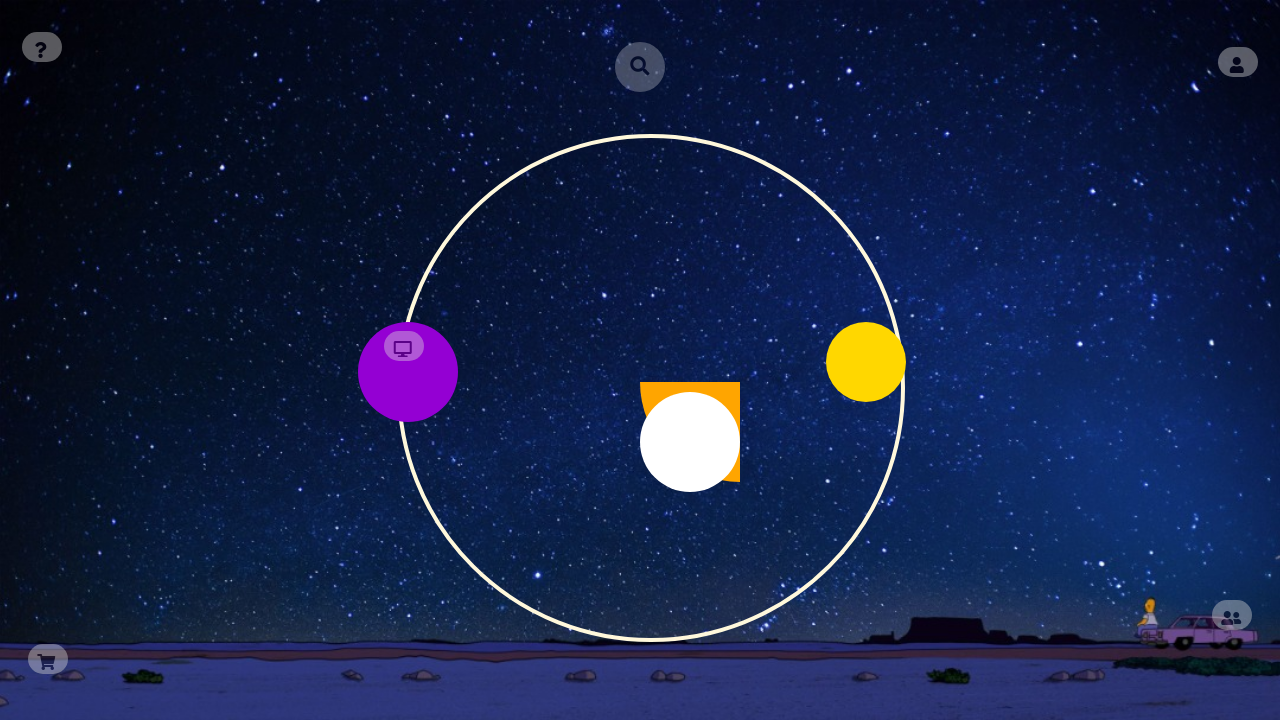
Repository: NFEL/Jupiter_shop
Page: Webpages/lnading page/landing.html
The author's editor kept a copy of each file at every save. The page is drawn from the files as they stood at one save, then again after the next save.
The browser window is 1280 px wide. The pictures show the whole page.
Some web libraries are served in a nearby version.

Above is the page before, as saved 2020-11-27 03:41:31.

### Webpages/lnading page/landing.html

<html lang="en">
<head>
  <link rel="stylesheet" href="https://use.fontawesome.com/releases/v5.3.1/css/all.css" integrity="sha384-mzrmE5qonljUremFsqc01SB46JvROS7bZs3IO2EmfFsd15uHvIt+Y8vEf7N7fWAU" crossorigin="anonymous">
  <link rel="stylesheet" href="https://fonts.googleapis.com/icon?family=Material+Icons">
  <script>var asghar = false;
  function showoverlay()
  {
    if (asghar == false){asghar = true;
      document.getElementById("overlay").style.visibility = "visible";
      }
      else
      { asghar = false;
        document.getElementById("overlay").style.visibility = "hidden";}

  }</script>
</head>
<body>

<link rel="stylesheet" href="landing.css">

<div class="header">

<form action="">
  <input type="search">
  <i class="fa fa-search"></i>

</form>
<span id="overlay" class="squere">hi</span>
<button onclick="showoverlay()" class="btn"><i class="fa fa-user"></i></button>
<button class="btn2"><i class="fa fa-question"></i></button>

</div>

<div class="body">
  <div class="loader">
  </div>
  <span class="dot"></span>
  <span class="dot2"></span>
  <span class="dot3"></span>
  <button class="btn5"><i class="fa fa-desktop"></i></button>

  <div class="main">
    <div class="quarter quarter3"></div>
    <div class="cutout"></div>
  </div>

</div>

<div class="footer">
  <button class="btn3"><i class="fa fa-user-friends"></i></button>
  <button class="btn4"><i class="fa fa-shopping-cart"></i></button>
</div>
</body>
</html>

### Webpages/lnading page/landing.css
body {
    background-image:    url(back.jpeg);
    background-size:     cover;                      /* <------ */
    background-repeat:   no-repeat;
    background-position: center center;              /* optional, center the image */
    overflow: hidden;

    position: absolute;
    display: flex;
    flex-direction: column;
    align-items: right center;
    padding: 0;
    margin: 0;
    height: 100vh;
    width: 100%;
}

form{
    position: relative;
    top: 50%;
    left: 50%;
    transform: translate(-50%,-50%);
    transition: all 1s;
    width: 50px;
    height: 50px;
    background: white;
    box-sizing: border-box;
    border-radius: 25px;
    border: 4px solid white;
    padding: 5px;
    opacity: 0.25;
}
input{
    position: absolute;
    top: 0;
    left: 0;
    width: 100%;;
    height: 42.5px;
    line-height: 30px;
    outline: 0;
    border: 0;
    display: none;
    font-size: 1em;
    border-radius: 20px;
    padding: 0 20px;
}

.fa{
    box-sizing: border-box;
    padding: 10px;
    width: 42.5px;
    height: 42.5px;
    position: absolute;
    top: 0;
    right: 0;
    border-radius: 50%;
    color: #07051a;
    text-align: center;
    font-size: 1.2em;
    transition: all 1s;
}

form:hover{
    width: 200px;
    cursor: pointer;
}

form:hover input{
    display: block;
}

form:hover .fa{
    background: #07051a;
    color: white;
}

.btn {
    position: relative;
    left: 95%;
    bottom: 35%;
    background-color: #ddd;
    border:red;
    padding: 15px 20px;
    text-align: center;
    text-decoration: violet;
    display: flex;
    margin: 10px 2px;
    cursor: pointer;
    border-radius: 80px;
    opacity: 0.4;
  }

  .btn :hover{
    background-color: darkorange;
  }
  .btn2 {
    position: fixed;
    right: 95%;
    bottom: 90%;
    background-color: #ddd;
    border:red;
    padding: 15px 20px;
    text-align: center;
    text-decoration: violet;
    display: flex;
    margin: 10px 2px;
    cursor: pointer;
    border-radius: 50px;
    opacity: 0.4;
  }
  .btn3 {
    position: fixed;
    right: 2%;
    top: 82%;
    background-color: #ddd;
    border:red;
    padding: 15px 20px;
    text-align: center;
    text-decoration: violet;
    display: flex;
    margin: 10px 2px;
    cursor: pointer;
    border-radius: 50px;
    opacity: 0.4;
  }
  .btn4 {
    position: fixed;
    left: 2%;
    top: 88%;
    background-color: #ddd;
    border:red;
    padding: 15px 20px;
    text-align: center;
    text-decoration: violet;
    display: flex;
    margin: 10px 2px;
    cursor: pointer;
    border-radius: 50px;
    opacity: 0.4;
  }
  .loader {
    border-right: 4px solid cornsilk;
    border-left: 4px solid cornsilk;
    border-radius: 50%;
    margin: 0% 31%;
    border-top: 4px solid cornsilk;
    border-bottom: 4px solid cornsilk;
    width: 500px;
    height: 500px;
}
.dot {
    height: 100px;
    width: 100px;
    background-color:darkviolet;
    border-radius: 50%;
    display: inline-block;
    margin: -25% 28%;
  }
  .btn5 {
    position: fixed;
    left: 30%;
    top: 46%;
    background-color: #ddd;
    border:red;
    padding: 15px 20px;
    text-align: center;
    text-decoration: violet;
    display: flex;
    cursor: pointer;
    border-radius: 50px;
    opacity: 0.4;
  }
  .dot2 {
    height: 80px;
    width: 80px;
    background-color:gold;
    border-radius: 50%;
    display: inline-block;
    margin: -25% 64.5%;
  }
  .dot2 {
    height: 80px;
    width: 80px;
    background-color:gold;
    border-radius: 50%;
    display: inline-block;
    margin: -25% 64.5%;
  }

  .squere
  {
      width: 50px;
      height: 50px;
      background-color: grey;
      visibility: hidden;
  }

  .main {
    position: relative;
    width: 200px;
    height: 200px;
    margin: 0 auto;
  }
  .quarter {
    position: absolute;
    width: 50%;
    height: 50%;
    transition: background-color 0.2s ease-in-out;
  }
  .quarter:hover {
    background-color: pink;
  }
  .quarter3 {
    bottom: 180%;
    left: 50%;
    background-color: orange;
    border-radius: 0 0 0 100%;
  }

  .cutout {
    width: 50%;
    height: 50%;
    background-color: white;
    position: absolute;
    bottom: 175%;
    left: 50%;
    border-radius: 50%;
    pointer-events: none;
  }

After the next save:
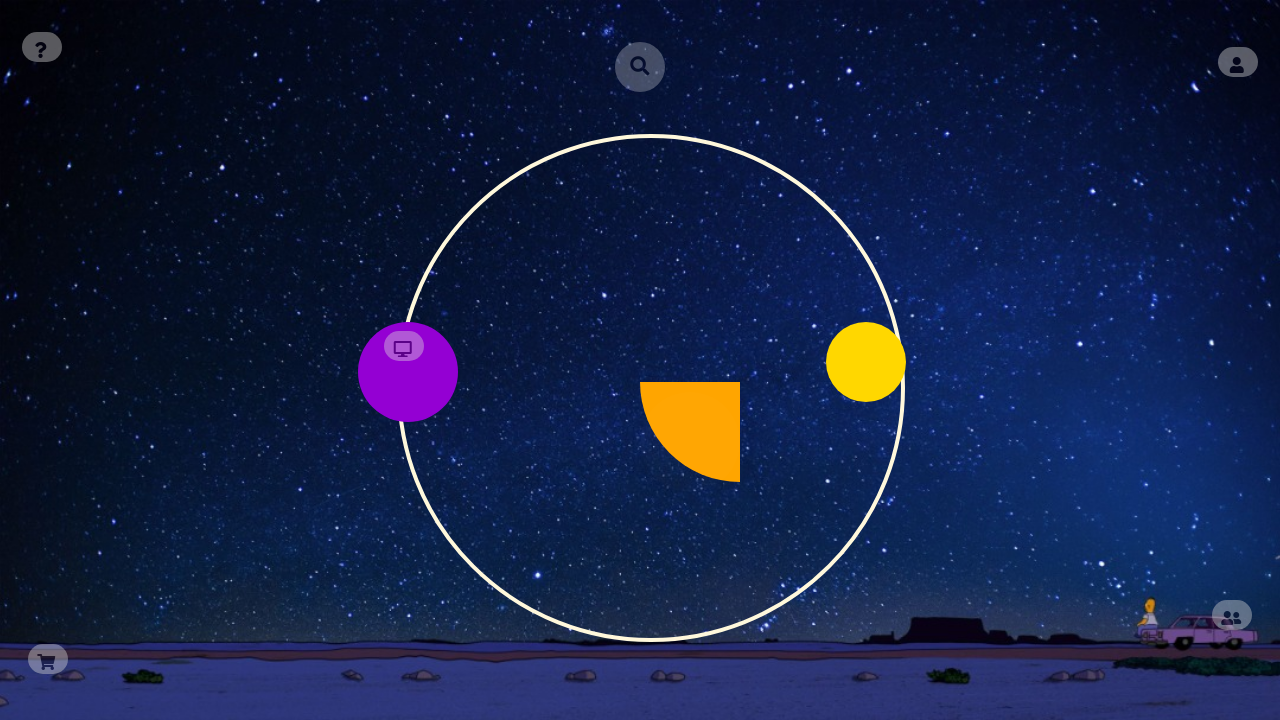
Saved 2 min 51 s later.
--- a/Webpages/lnading page/landing.css
+++ b/Webpages/lnading page/landing.css
@@ -226,4 +226,5 @@
     left: 50%;
     border-radius: 50%;
     pointer-events: none;
-  }
+    opacity: 0.01;
+  }
